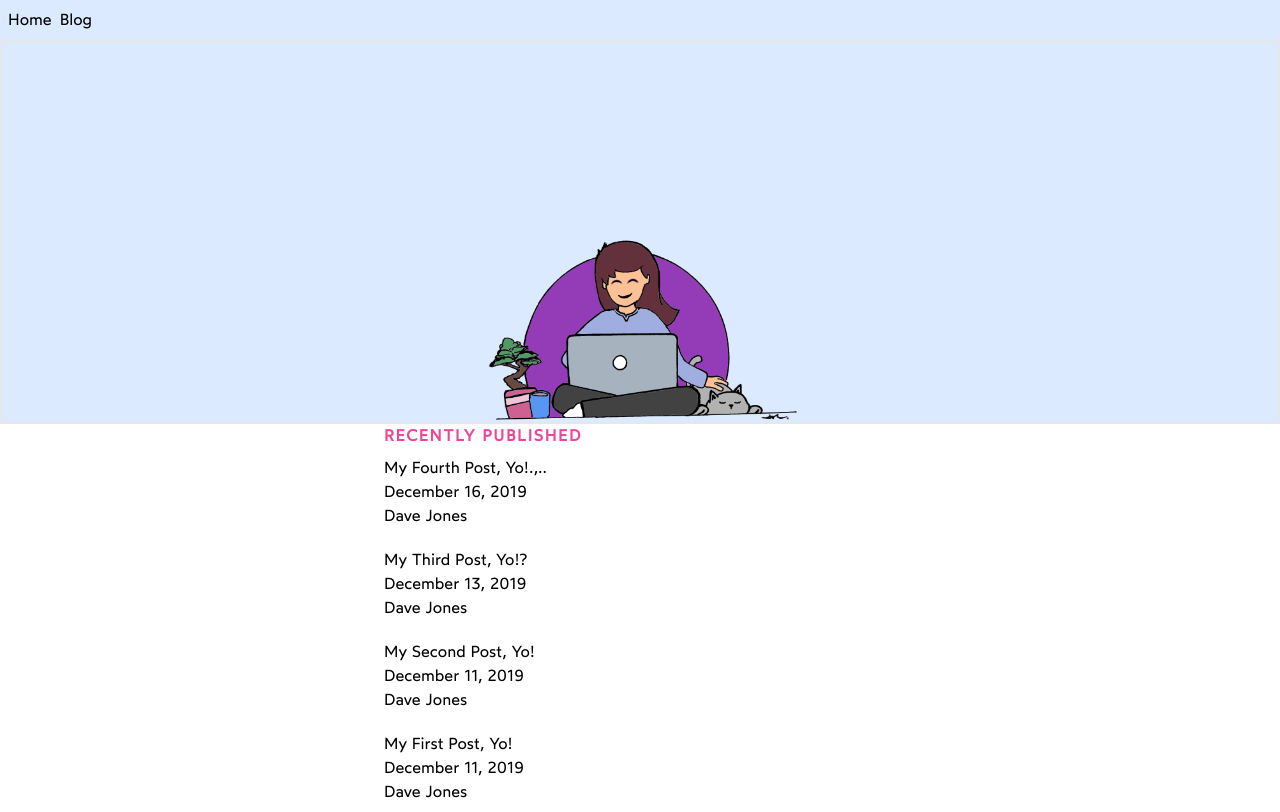
Repository: Risclover/markdown-blog
Page: /
An editor plug-in stored every save of this project. The page is shown before and after the next save, followed by the edit.
The browser window is 1280 px wide. The pictures show the whole page.
The project was rebuilt for these pictures with package versions that can differ from the ones it lists, and the page was loaded fresh each time.

Above is the page before, as saved 2023-06-28 12:09:05.

After the next save:
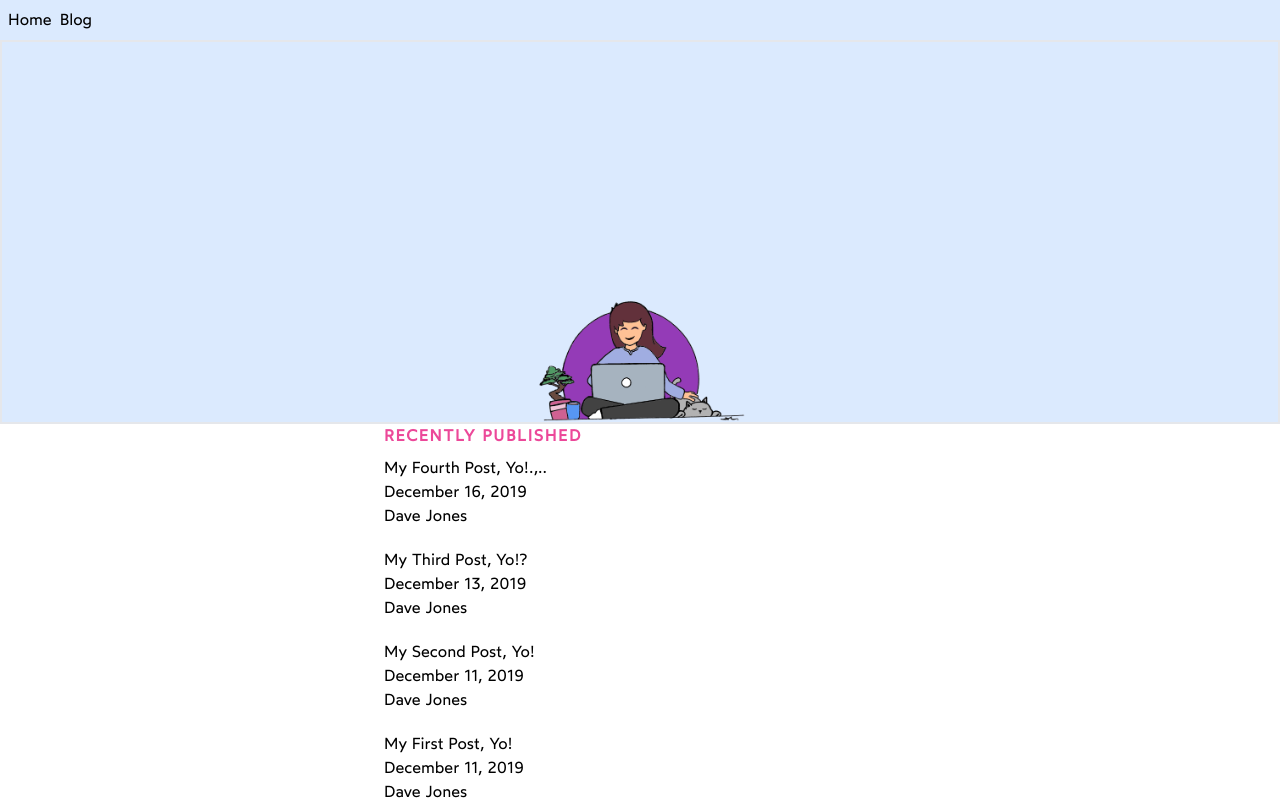
Saved 27 s later.
--- a/src/components/HomeHeader.js
+++ b/src/components/HomeHeader.js
@@ -4,7 +4,7 @@ export default function HomeHeader() {
   return (
     <div className="h-96 bg-blue-100 flex flex-col justify-end border-2 border-red">
       <div>
-        <img className="w-1/4 m-auto border-black-4" src={Avatar} />
+        <img className="w-1/6 m-auto border-black-4" src={Avatar} />
       </div>
     </div>
   );
